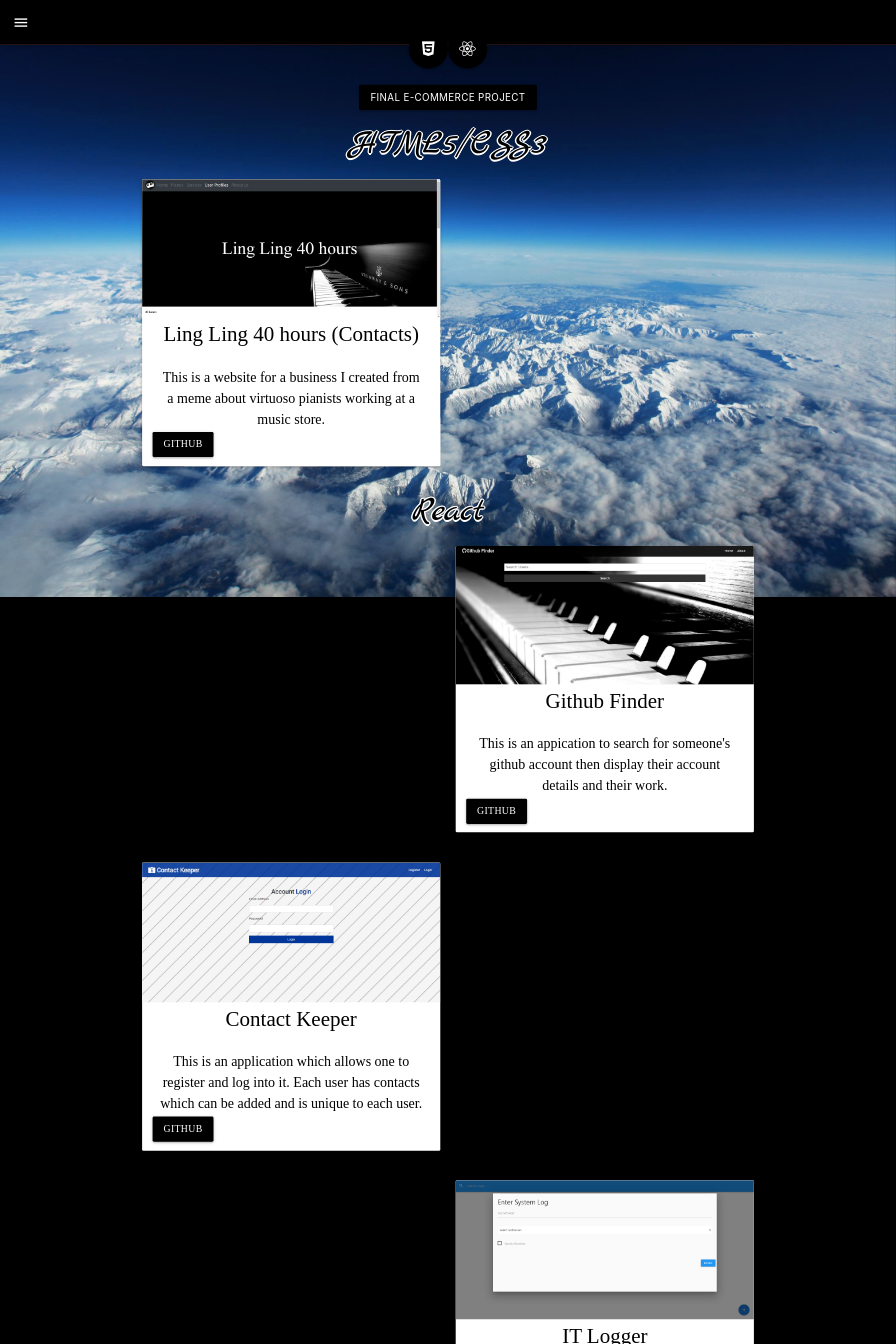
Repository: Ajtheult/portfolio.v3
Page: /mywork
An editor plug-in stored every save of this project. The page is shown before and after the next save, followed by the edit.
The browser window is 1280 px wide. The pictures show the part of the page from y = 0 to 1920 px (the page is 3104 px tall before and 3132 px after), at 70% of full size.
Some web fonts or font styles are not loaded; a fallback is used. The project was rebuilt for these pictures with package versions that can differ from the ones it lists, and the page was loaded fresh each time. Also part of the build but not shown: src/components/layout/pages/Home.js, src/components/layout/pages/Skills.js, src/components/layout/pages/Testimonials.js.

Above is the page before, as saved 2020-08-04 15:52:02.

After the next save:
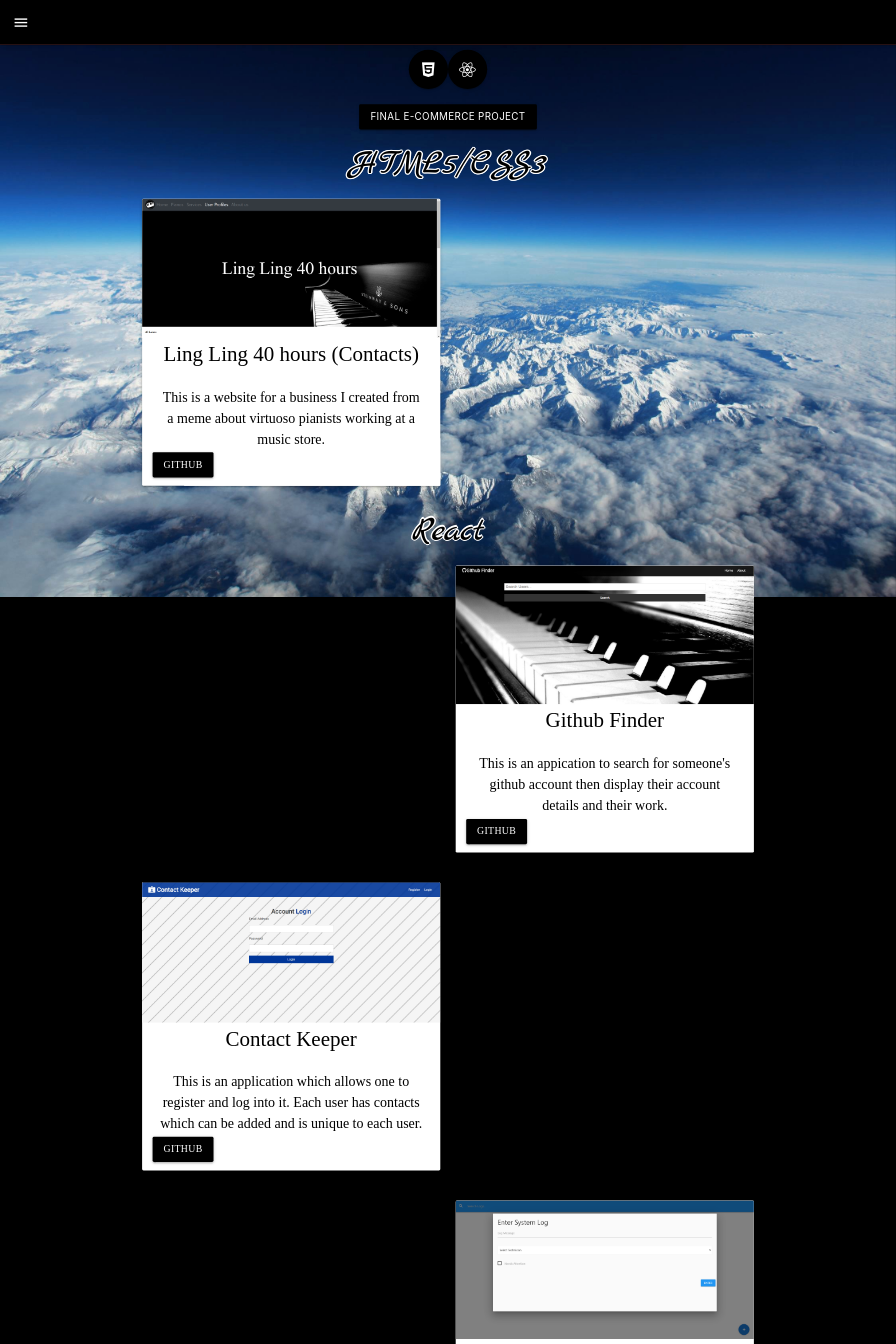
Saved 17 s later.
--- a/src/components/layout/pages/MyWork.js
+++ b/src/components/layout/pages/MyWork.js
@@ -12,8 +12,8 @@ export const MyWork = () => {
       <div className="bg-color">
         <img src={background3} className="bg" alt="bg" />
       </div>
-      <div className="container push_this_down ">
-        <h6>Navigate with these buttons</h6>
+      <div className="container  ">
+        <h6 className="push_this_down">Navigate with these buttons</h6>
         <a
           href="#html"
           className="btn-floating btn-large waves-effect waves-light black button_margin"
